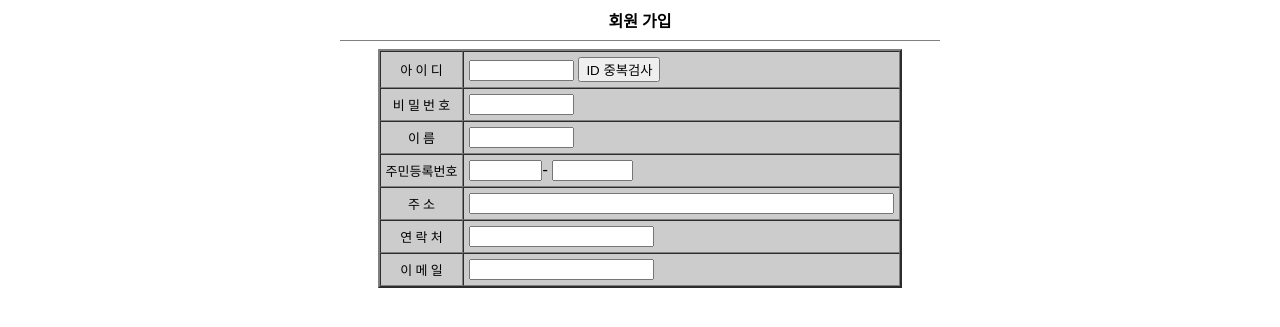
Repository: kalmia26/Capstone
Page: http://localhost/LectureSystem/member_input.jsp
These files come from the project's save history. The page is drawn as it stood at one moment and after the next save; the edit follows.
The browser window is 1280 px wide. The pictures show the whole page.
The page is served by Tomcat 9.

Above is the page before, as saved 2017-05-24 06:09:09.

After the next save:
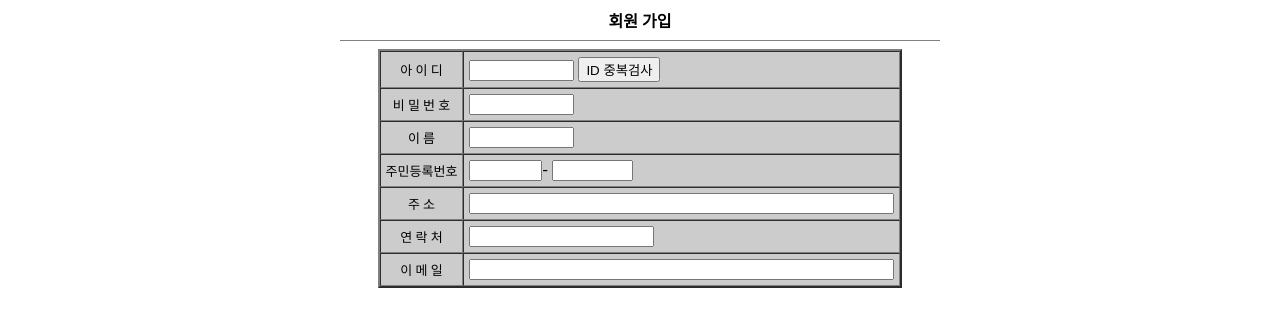
Saved 18 s later.
--- a/LectureSystem/WebContent/member_input.jsp
+++ b/LectureSystem/WebContent/member_input.jsp
@@ -172,7 +172,7 @@ function check_id() {
 				<font size='2'>이 메 일</font>
 			</td>
 			<td bgcolor='cccccc'>
-				<input type="text" maxlength="20" size="20" name="phone">
+				<input type="text" maxlength="50" size="50" name="email">
 			</td>
 		</tr>
 		</table>
